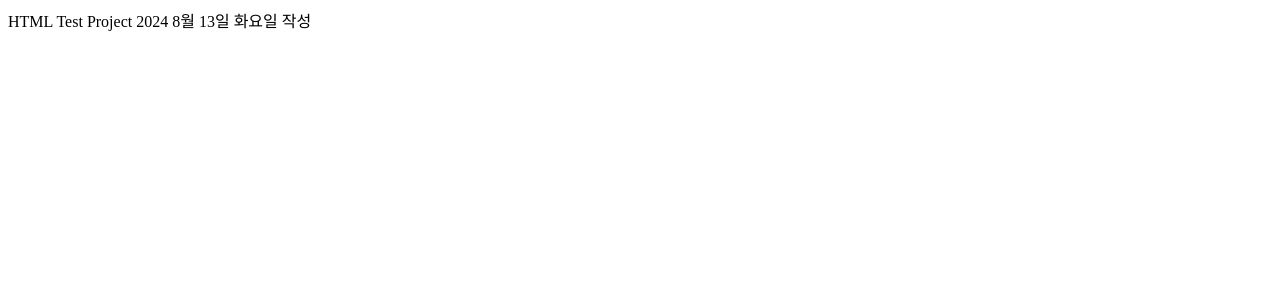
Repository: bianchi112/ict-data
Page: web_workspace/testHTMLProject/src/main/webapp/index.html
The author's editor kept a copy of each file at every save. The page is drawn from the files as they stood at one save, then again after the next save.
The browser window is 1280 px wide. The pictures show the whole page.

Above is the page before, as saved 2024-08-13 03:23:48.

After the next save:
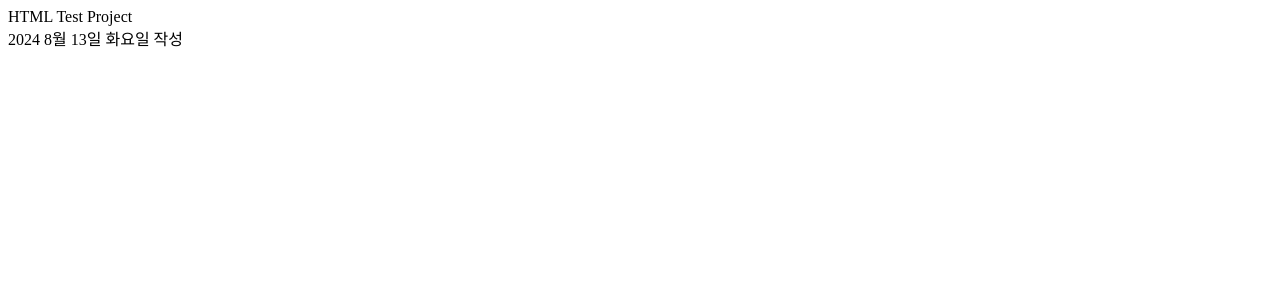
Saved 26 min 20 s later.
--- a/web_workspace/testHTMLProject/src/main/webapp/index.html
+++ b/web_workspace/testHTMLProject/src/main/webapp/index.html
@@ -14,7 +14,7 @@
 <title>testh</title>
 </head>
 <body> <!-- 웹 브라우저에 보여지는 내용을 작성하는 영역표시 태그임 -->
-	HTML Test Project
+	HTML Test Project <br>
 	2024 8월 13일 화요일 작성
 </body>
 </html> <!-- 웹 문서의 끝을 의미하는 html 닫기태그임 -->
